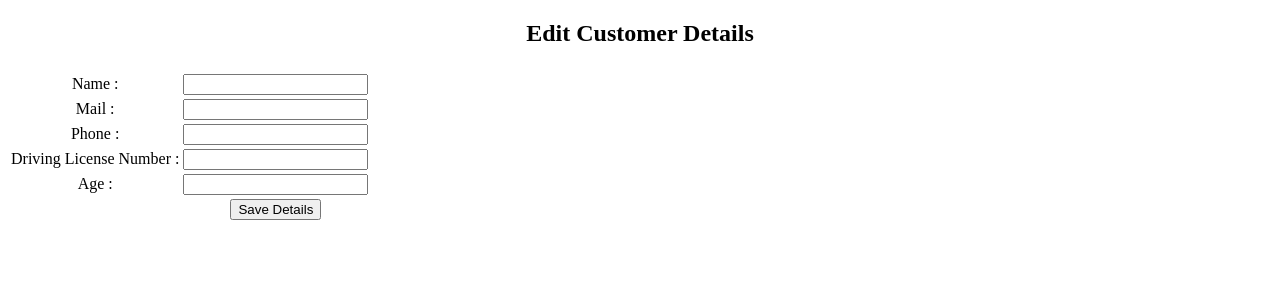
Repository: Nuthan12/Bike-Rental-System
Page: http://localhost/Bike_Rental_System/WEB-INF/jsp/customerEditForm.jsp
An editor plug-in stored every save of this project. The page is shown before and after the next save, followed by the edit.
The browser window is 1280 px wide. The pictures show the whole page.
The page is served by Tomcat 9. Nobody is signed in. Other server files are loaded and not shown. The template is opened directly, without the code that normally fills it, so the values that code supplies are empty.

Above is the page before, as saved 2023-05-05 11:50:59.

### Bike_Rental_System/src/main/webapp/WEB-INF/jsp/customerEditForm.jsp
<%@ page language="java" contentType="text/html; charset=ISO-8859-1"
	pageEncoding="ISO-8859-1"%>
<%@ taglib uri="http://www.springframework.org/tags/form" prefix="form"%>
<%@ taglib uri="http://java.sun.com/jsp/jstl/core" prefix="c"%>
<!DOCTYPE html>
<html>
<head>
<meta charset="ISO-8859-1">
<title>Edit Customer Details</title>
</head>
<body>
	<h2 align="center">Edit Customer Details</h2>
	<form:form method="POST" action="editsave" align="center">
		<table>
			<tr>
				<td></td>
				<td><form:hidden path="cust_Id" /></td>
			</tr>
			<tr>
				<td>Name :</td>
				<td><form:input path="cust_Name" /></td>
			</tr>
			<tr>
				<td>Mail :</td>
				<td><form:input path="cust_Mail" /></td>
			</tr>
			<tr>
				<td>Phone :</td>
				<td><form:input path="cust_Phone" /></td>
			</tr>
			<tr>
				<td>Driving License Number :</td>
				<td><form:input path="dl_Number" /></td>
			</tr>
			<tr>
				<td>Age :</td>
				<td><form:input path="age" /></td>
			</tr>

			<tr>
				<td></td>
				<td><input type="submit" value="Save Details" /></td>
			</tr>
		</table>
	</form:form>
</body>
</html>

After the next save:
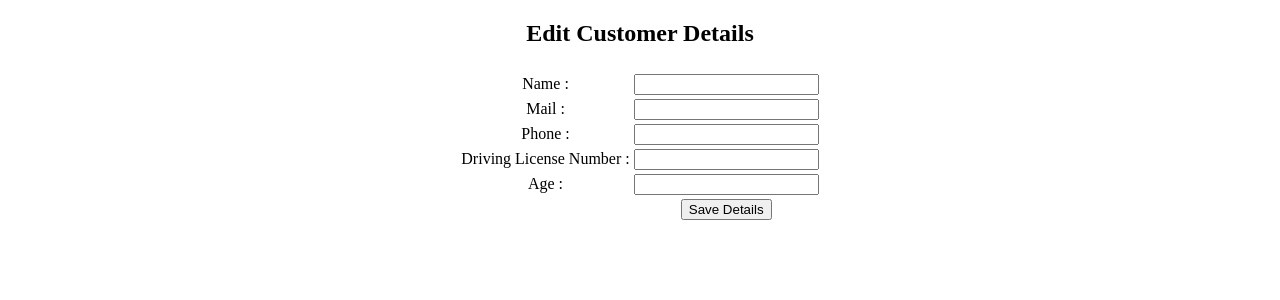
Saved 16 s later.
--- a/Bike_Rental_System/src/main/webapp/WEB-INF/jsp/customerEditForm.jsp
+++ b/Bike_Rental_System/src/main/webapp/WEB-INF/jsp/customerEditForm.jsp
@@ -11,7 +11,7 @@
 <body>
 	<h2 align="center">Edit Customer Details</h2>
 	<form:form method="POST" action="editsave" align="center">
-		<table>
+		<table align="center">
 			<tr>
 				<td></td>
 				<td><form:hidden path="cust_Id" /></td>
